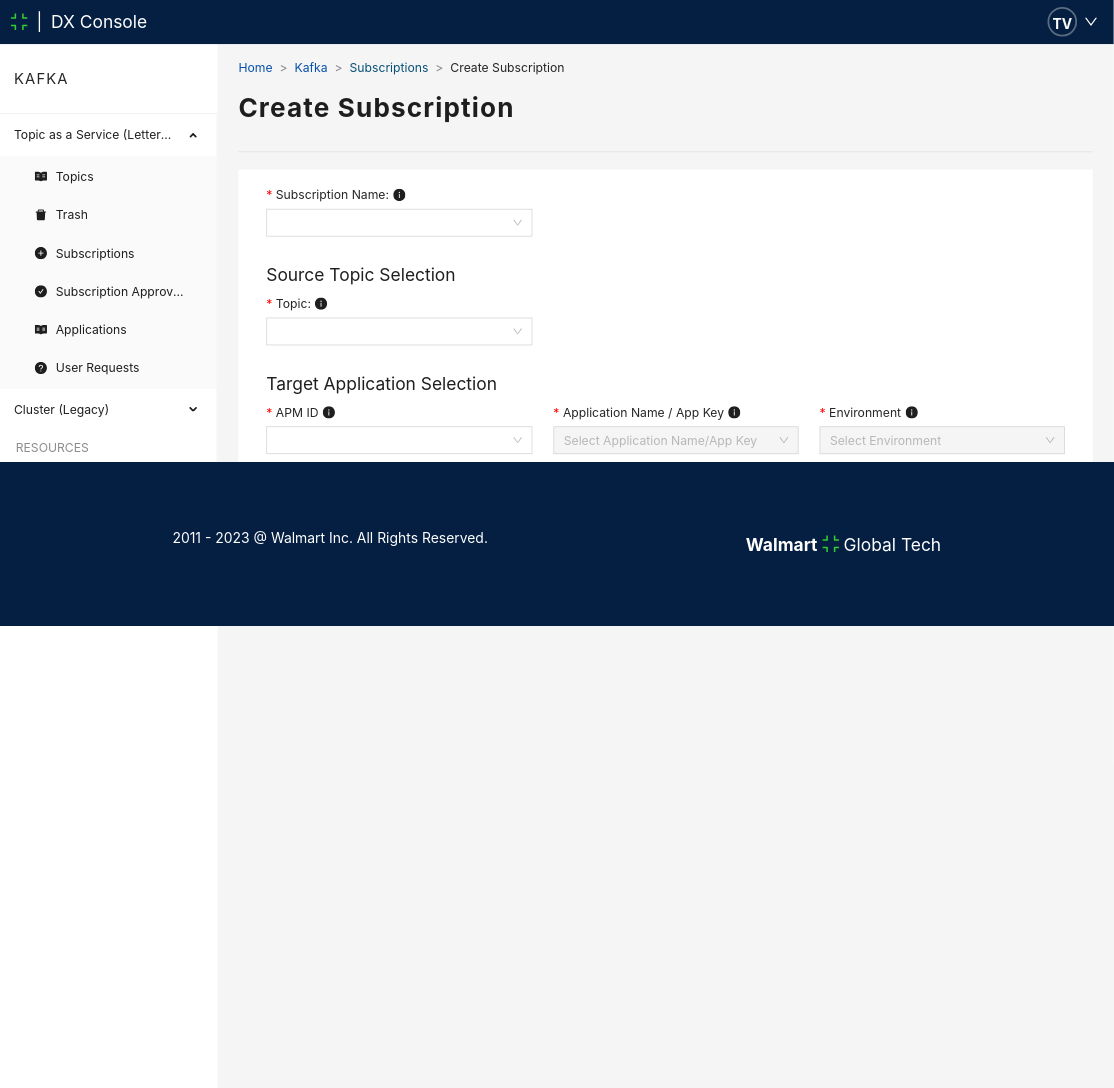
Repository: Qianying-Chai/kafka
Page: /kafka/subscriptions_active_tab=proxy/create
The author's editor kept a copy of each file at every save. The page is drawn from the files as they stood at one save, then again after the next save.
The browser window is 1280 px wide. The pictures show the whole page, at 87% of full size.
The project was rebuilt for these pictures with package versions that can differ from the ones it lists, and the page was loaded fresh each time. Also part of the build but not shown: src/pages/Components/ComponentsTable.jsx, src/pages/Components/ComponentsInput.jsx, src/pages/Components/ComponentsPagination.jsx, src/pages/Taas/Topics/Topics.jsx, src/pages/Taas/Topics/CreateTopics/Form/DetailsForm.jsx, src/pages/Taas/Topics/CreateTopics/CreateTopic.jsx, src/pages/Taas/Trash/Style/Trash.css, src/pages/Taas/Trash/Trash.jsx and 15 more.

Above is the page before, as saved 2024-01-15 21:50:30.

### src/redux/store.jsx
import { configureStore } from "@reduxjs/toolkit";
import reducer from "./reducer";
const store = configureStore({ reducer: reducer });
export default store;

### src/pages/common/Header.jsx
import React from "react";
import "./Style/Header.css";
import { CompressOutlined, UpOutlined, DownOutlined } from "@ant-design/icons";
import { Layout } from "antd";
import { useState } from "react";
const Header = () => {
  const [login, setLogin] = useState(true);

  return (
    <Layout>
      <Layout.Header className="header">
        <div className="header-content-left">
          <CompressOutlined className="header-left-icon" />
          <span className="header-left-divider">|</span>
          <span className="header-left-dx-console">DX Console </span>
        </div>
        <div className="header-content-right">
          <div className="user">
            <div className="user-icon">TV</div>
            {login ? (
              <DownOutlined
                className="login-button"
                onClick={() => {
                  setLogin((state) => !state);
                }}
              />
            ) : (
              <UpOutlined
                className="logout-button"
                onClick={() => {
                  setLogin((state) => !state);
                }}
              />
            )}
          </div>
          <div
            className="logout-pop-up"
            style={{
              display: login ? "none" : "block",
            }}
          >
            LOGOUT
          </div>
        </div>
      </Layout.Header>
    </Layout>
  );
};
export default Header;

### src/pages/common/categoryConstants.jsx
const categoryConstants = {
  TOPICS: "Topics",
  TRASH: "Trash",
  SUBSCRIPTIONS: "Subscriptions",
  SUBSCRIPTIONS_APPROVALS: "Subscription Approvals",
  APPLICATIONS: "Applications",
  USER_REQUESTS: "User Requests",
  CLUSTERS: "Clusters",
  MIGRATED_CLUSTERS: "Migrated Clusters",
  SUBSCRIPTION: "Subscription",
  USERE_REQUESTS_LEGACY: "User Requests (Legacy)",
  SUPPORT: "Support",
  CREATE_TOPIC: "Create Topic",
  CREATE_SUBSCRIPTION: "Create Subscription",
};

export default categoryConstants;

### src/pages/Taas/Subscriptions/SubscriptionsProxy/CreateSubscriptions/CreateSubscriptionsProxy.jsx
import React from "react";
import ComponentsContent from "../../../../Components/ComponentsContent";
import categoryConstants from "../../../../common/categoryConstants";
import ComponentsBreadcrumb from "../../../../Components/ComponentsBreadcrumb";
import ComponentsDivider from "../../../../Components/ComponentsDivider";
import ComponentsTitle from "../../../../Components/ComponentsTitle";
import SubscriptionName from "./Form/SubscriptionName";
import SourceTopicSelection from "./Form/SourceTopicSelection";
import TargetApplicationSelection from "./Form/TargetApplicationSelection";
import { Typography, Button, ConfigProvider, Divider } from "antd";
const { Title } = Typography;
const CreateSubscriptionsProxy = () => {
  return (
    <ConfigProvider
      theme={{
        token: {
          borderRadius: 0,
        },
      }}
    >
      <div>
        <ComponentsBreadcrumb
          items={[
            {
              title: "Home",
            },
            {
              title: "Kafka",
            },
            {
              title: categoryConstants.SUBSCRIPTIONS,
              href: `/kafka/${categoryConstants.SUBSCRIPTIONS.toLowerCase()}_active_tab=nonProxy`,
            },
            {
              title: categoryConstants.CREATE_SUBSCRIPTION,
            },
          ]}
        />
        <div className="content-banner">
          <ComponentsTitle title={categoryConstants.CREATE_SUBSCRIPTION} />
        </div>
      </div>
      <ComponentsContent>
        <SubscriptionName />
        <Title level={4} style={{ fontWeight: "normal", paddingTop: "20px" }}>
          Source Topic Selection
        </Title>
        <SourceTopicSelection />
        <Title level={4} style={{ fontWeight: "normal", paddingTop: "20px" }}>
          Target Application Selection
        </Title>
        <TargetApplicationSelection />
        <Divider />
        <ComponentsDivider />
        <div className="buttons-wrapper">
          <Button shape="round" size={"medium"} className="cancel-button">
            CANCEL
          </Button>
          <Button
            shape="round"
            size={"medium"}
            disabled
            className="submit-button"
          >
            SUBMIT
          </Button>
        </div>
      </ComponentsContent>
    </ConfigProvider>
  );
};
export default CreateSubscriptionsProxy;

### src/pages/common/Footer.jsx
import React from "react";
import { Layout } from "antd";
import { CompressOutlined } from "@ant-design/icons";
import "./Style/Footer.css";

const Footer = () => {
  return (
    <Layout.Footer className="footer">
      <div className="footer-text-left">
        2011 - 2023 @ Walmart Inc. All Rights Reserved.
      </div>
      <div className="footer-text-right">
        <span className="footer-text-right-walmart">Walmart</span>
        <CompressOutlined className="footer-icon" />
        <span className="footer-text-right-global-tech">Global Tech</span>
      </div>
    </Layout.Footer>
  );
};

export default Footer;

### src/redux/reducer.jsx
import { SET_PATH_NAME, SET_SELECTED_TAAS_SUBSCRIPTIONS } from "./constants";
const initialState = {
  pathName: "",
  selectedTaasSubscriptions: "nonProxy",
};
const reducer = (state = initialState, action) => {
  const { type, payload } = action;
  switch (type) {
    case SET_PATH_NAME:
      return { ...state, pathName: payload };
    case SET_SELECTED_TAAS_SUBSCRIPTIONS:
      return { ...state, selectedTaasSubscriptions: payload };
    default:
      return state;
  }
};

export default reducer;

### src/pages/common/Style/Header.css
.header {
  justify-content: space-between;
  padding: 0 12px;
  background-color: rgb(4, 31, 65);
  height: 51px;
  line-height: 51px;
  color: #ffffff;
}

.header,
.user {
  display: flex;
}

.header-content-left {
  font-size: 20px;
}

.header-left-icon {
  color: #32cd32;
}

.header-left-divider {
  margin: 0 10px;
}

.header-content-right {
  font-weight: bolder;
  flex-direction: column;
  font-size: 1rem;
  width: 76px;
  padding-left: 12px;
}

.user {
  margin: 8px 0px;
}
.user-icon {
  height: 34px;
  line-height: 34px;
  width: 34px;
  border-radius: 50%;
  text-align: center;
}
.user-icon,
.logout-pop-up {
  border: 2px solid rgba(225, 225, 225, 0.4);
}

.login-button,
.logout-button {
  padding-left: 8px;
}

.logout-pop-up {
  transition: all 10s ease-out;
  width: 100px;
  height: 60px;
  line-height: 60px;
  position: absolute;
  right: 0px;
  z-index: 999;
  font-size: 15px;
  letter-spacing: 1pt;
  text-align: center;
  justify-content: center;
  color: rgb(94, 91, 91);
  box-shadow: 0px 0px 4px 4px rgba(176, 174, 174, 0.4);
}

### src/pages/common/Style/Sider.css
.sider {
  min-height: 1200px;
}

.slider-top {
  height: 80px;
  border-bottom: 1px solid rgb(239, 239, 239);
}
.slider-top-content {
  height: 100%;
  display: flex;
  align-items: center;
  margin-left: 16px;
  letter-spacing: 1pt;
  font-size: 17px;
  color: #000000d9;
}

### src/pages/Components/ComponentsContent.jsx
import React from "react";
import "../common/Style/Content.css";
import { Layout, theme } from "antd";

const ComponentsContent = (props) => {
  const {
    token: { colorBgContainer },
  } = theme.useToken();

  return (
    <div>
      <Layout.Content
        style={{
          padding: "20px 32px 32px",
          minHeight: 280,
          background: colorBgContainer,
        }}
        {...props}
      ></Layout.Content>
    </div>
  );
};
export default ComponentsContent;

### src/pages/Components/ComponentsBreadcrumb.jsx
import React from "react";
import { Breadcrumb, ConfigProvider } from "antd";

const ComponentsBreadcrumb = (props) => {
  return (
    <ConfigProvider
      theme={{
        components: {
          Breadcrumb: {
            lastItemColor: "#000000D9",
            linkColor: "#075179",
            itemColor: "#0751A9",
            linkHoverColor: "#F5F5F5",
          },
          token: {
            colorBgTextHover: "#F5F5F5",
          },
        },
      }}
    >
      <div>
        <Breadcrumb
          style={{
            margin: "16px 0",
          }}
          separator=">"
          items={props.items}
        ></Breadcrumb>
      </div>
    </ConfigProvider>
  );
};
export default ComponentsBreadcrumb;

### src/pages/Components/ComponentsTitle.jsx
import React from "react";
import { Typography, ConfigProvider } from "antd";
const { Title } = Typography;

const ComponentsTitle = (props) => {
  return (
    <>
      <ConfigProvider
        theme={{
          components: {
            token: {
              colorText: "#041E42",
            },
          },
        }}
      >
        <Title level={2} style={{ fontWeight: "bold" }}>
          {props.title}
        </Title>
      </ConfigProvider>
    </>
  );
};

export default ComponentsTitle;

### src/pages/Components/ComponentsDivider.jsx
import React from "react";
import { Divider, ConfigProvider } from "antd";
const ComponentsDivider = () => (
  <ConfigProvider
    theme={{
      token: {
        colorSplit: "rgba(0, 0, 0, 0.85)",
        marginLG: 16,
      },
    }}
  >
    {" "}
    <Divider />
  </ConfigProvider>
);
export default ComponentsDivider;

### src/pages/Taas/Topics/Style/CreateTopic.css
.buttons-wrapper {
  display: flex;
  justify-content: flex-end;
}

.cancel-button,
.submit-button {
  letter-spacing: 1pt;
  padding: 4px 15px;
  width: 135px;
}
.cancel-button {
  margin-right: 10px;
}

### src/pages/Taas/Subscriptions/SubscriptionsProxy/CreateSubscriptions/Form/SubscriptionName.jsx
import React, { useMemo, useRef, useState } from "react";
import SelectTitle from "../../../../../Components/SelectTitle";
import { Col, Row, Select, Spin } from "antd";
import debounce from "lodash/debounce";

const SubscriptionName = () => {
  function DebounceSelect({ fetchOptions, debounceTimeout = 800, ...props }) {
    const [fetching, setFetching] = useState(false);
    const [options, setOptions] = useState([]);
    const fetchRef = useRef(0);
    const debounceFetcher = useMemo(() => {
      const loadOptions = (value) => {
        fetchRef.current += 1;
        const fetchId = fetchRef.current;
        setOptions([]);
        setFetching(true);
        fetchOptions(value).then((newOptions) => {
          if (fetchId !== fetchRef.current) {
            // for fetch callback order
            return;
          }
          setOptions(newOptions);
          setFetching(false);
        });
      };
      return debounce(loadOptions, debounceTimeout);
    }, [fetchOptions, debounceTimeout]);
    return (
      <Select
        labelInValue
        filterOption={false}
        onSearch={debounceFetcher}
        notFoundContent={fetching ? <Spin size="small" /> : null}
        {...props}
        options={options}
      />
    );
  }
  async function fetchUserList(username) {
    console.log("fetching user", username);
    return fetch("https://randomuser.me/api/?results=5")
      .then((response) => response.json())
      .then((body) =>
        body.results.map((user) => ({
          label: `${user.name.first} ${user.name.last}`,
          value: user.login.username,
        }))
      );
  }
  const [value, setValue] = useState([]);

  return (
    <>
      <Row style={{ display: "flex", flexFlow: "nowrap" }}>
        <Col
          span={8}
          className="col"
          style={{
            marginRight: "12px",
          }}
        >
          <SelectTitle title={"Subscription Name:"} />
          <DebounceSelect
            mode="multiple"
            value={value}
            fetchOptions={fetchUserList}
            onChange={(newValue) => {
              setValue(newValue);
            }}
            className="select"
          />
        </Col>
      </Row>
    </>
  );
};
export default SubscriptionName;

### src/pages/Taas/Subscriptions/SubscriptionsProxy/CreateSubscriptions/Form/SourceTopicSelection.jsx
import React, { useMemo, useState, useRef } from "react";
import debounce from "lodash/debounce";
import { Col, Row, Select, Spin } from "antd";
import SelectTitle from "../../../../../Components/SelectTitle";
const SourceTopicSelection = () => {
  function DebounceSelect({ fetchOptions, debounceTimeout = 800, ...props }) {
    const [fetching, setFetching] = useState(false);
    const [options, setOptions] = useState([]);
    const fetchRef = useRef(0);
    const debounceFetcher = useMemo(() => {
      const loadOptions = (value) => {
        fetchRef.current += 1;
        const fetchId = fetchRef.current;
        setOptions([]);
        setFetching(true);
        fetchOptions(value).then((newOptions) => {
          if (fetchId !== fetchRef.current) {
            // for fetch callback order
            return;
          }
          setOptions(newOptions);
          setFetching(false);
        });
      };
      return debounce(loadOptions, debounceTimeout);
    }, [fetchOptions, debounceTimeout]);
    return (
      <Select
        labelInValue
        filterOption={false}
        onSearch={debounceFetcher}
        notFoundContent={fetching ? <Spin size="small" /> : null}
        {...props}
        options={options}
      />
    );
  }

  const [value, setValue] = useState([]);

  async function fetchUserList(username) {
    console.log("fetching user", username);
    return fetch("https://randomuser.me/api/?results=5")
      .then((response) => response.json())
      .then((body) =>
        body.results.map((user) => ({
          label: `${user.name.first} ${user.name.last}`,
          value: user.login.username,
        }))
      );
  }
  // const handleChange = (value) => {
  //   console.log(`selected ${value}`);
  // };

  return (
    <>
      <Row style={{ display: "flex", flexFlow: "nowrap" }}>
        <Col
          span={8}
          style={{
            marginRight: "12px",
          }}
        >
          <SelectTitle title={"Topic:"} />
          <DebounceSelect
            className="select"
            mode="multiple"
            value={value}
            fetchOptions={fetchUserList}
            onChange={(newValue) => {
              setValue(newValue);
            }}
            style={{
              width: "100%",
              margin: "0 0 10px",
            }}
          />
        </Col>
      </Row>
    </>
  );
};

export default SourceTopicSelection;

### src/pages/common/Style/Footer.css
.footer {
  text-emphasis-style: center;
  background-color: #041f41;
  color: white;
  display: flex;
  justify-content: space-around;
  height: 189px;
  align-items: center;
  width: 100%;
  position: fixed;
  bottom: 0;
}

.footer-icon {
  font-size: 20px;
  color: #32cd32;
}

.footer-text-left {
  font-size: 16px;
  margin-bottom: 16px;
}

.footer-text-right {
  font-size: 20px;
}

.footer-text-right-walmart {
  font-weight: bold;
  padding-right: 5px;
}

.footer-text-right-global-tech {
  padding-left: 5px;
}

### src/redux/constants.jsx
const SET_PATH_NAME = "SET_PATH_NAME";
const SET_SELECTED_TAAS_SUBSCRIPTIONS = "SET_SELECTED_TAAS_SUBSCRIPTIONS";
export { SET_PATH_NAME };
export { SET_SELECTED_TAAS_SUBSCRIPTIONS };

### src/pages/common/Style/Content.css
.content-banner {
  height: 70px;
  display: flex;
  justify-content: space-between;
  background-color: #f5f5f5;
  color: #041e42;
  letter-spacing: 1pt;
  border-bottom: 1px solid rgba(167, 164, 164, 0.3);
  margin-bottom: 20px;
  padding-bottom: 15px;
}

.content-banner-button {
  background-color: #041f41;
  color: #ffffff;
  letter-spacing: 1pt;
}

.content-text {
  margin: 24px 0 20px;
}

### src/pages/Components/SelectTitle.jsx
import React from "react";
import "./Style/SelectTitle.css";
import { InfoCircleFilled } from "@ant-design/icons";
const SelectTitle = (props) => {
  return (
    <div className="Select-title-wrapper">
      <span className="prefix">*</span>
      <span className="Select-title">{props.title}</span>
      <InfoCircleFilled />
    </div>
  );
};

export default SelectTitle;

### src/pages/Taas/Topics/Style/DetailsForm.css
.select {
  margin: 0 0 10px;
  width: 100%;
}

### src/pages/Components/Style/SelectTitle.css
.prefix {
  color: red;
  margin-right: 4px;
}

.Select-title-wrapper {
  padding-bottom: 8px;
}

.Select-title {
  margin-right: 5px;
  color: rgba(0, 0, 0, 0.85);
}

Loaded but not shown: public/index.html (common file); src/style/index.css (common file); src/App.js (104 lines, source omitted); src/index.js (16 lines, source omitted); src/pages/common/Sider.jsx (186 lines, source omitted); src/pages/Taas/Subscriptions/SubscriptionsProxy/CreateSubscriptions/Form/TargetApplicationSelection.jsx (120 lines, source omitted)

After the next save:
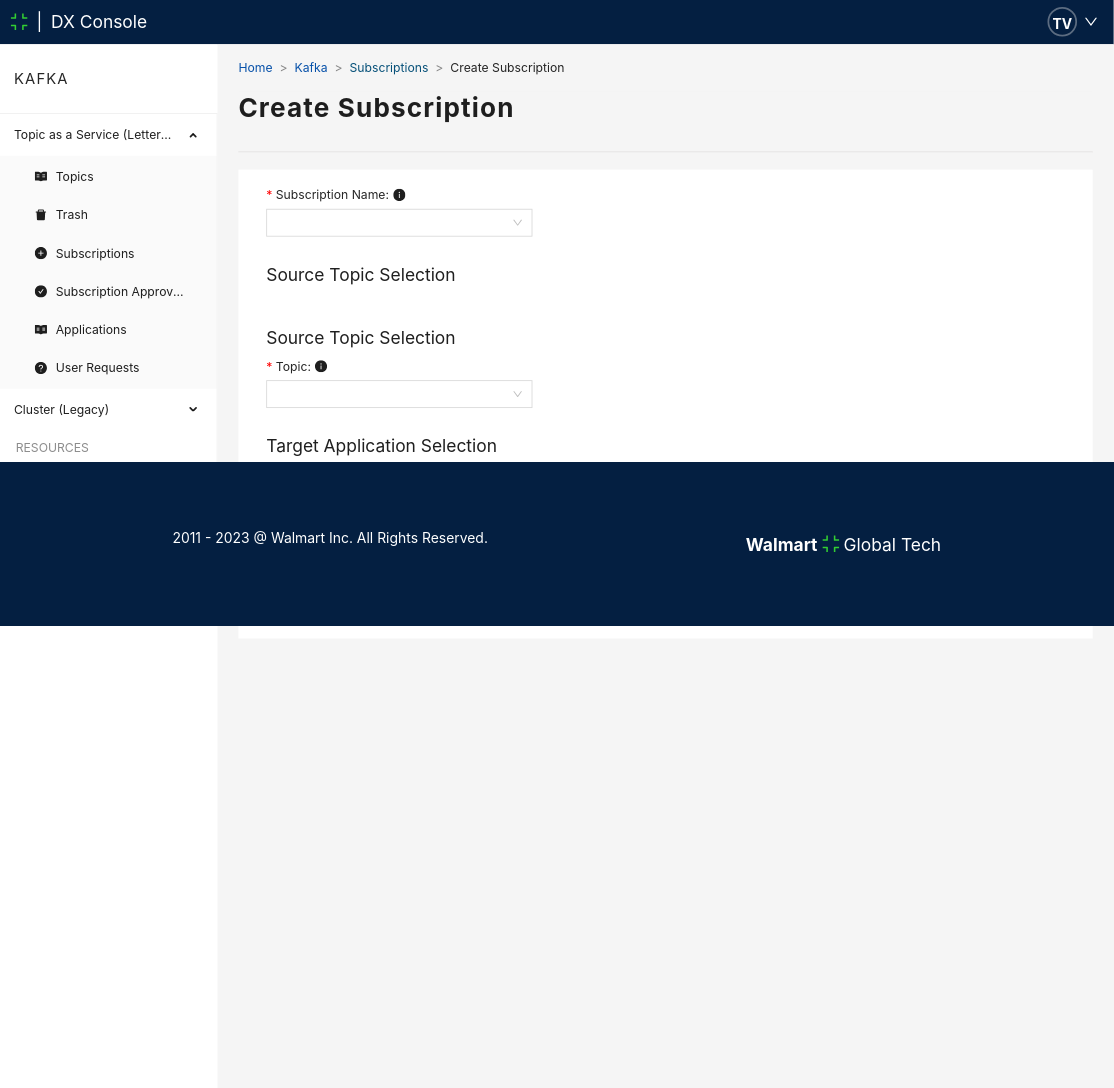
Saved 90 s later.
--- a/src/pages/Taas/Subscriptions/SubscriptionsProxy/CreateSubscriptions/Form/SourceTopicSelection.jsx
+++ b/src/pages/Taas/Subscriptions/SubscriptionsProxy/CreateSubscriptions/Form/SourceTopicSelection.jsx
@@ -1,7 +1,9 @@
 import React, { useMemo, useState, useRef } from "react";
+import SelectTitle from "../../../../../Components/SelectTitle";
 import debounce from "lodash/debounce";
-import { Col, Row, Select, Spin } from "antd";
-import SelectTitle from "../../../../../Components/SelectTitle";
+import { Col, Row, Select, Spin, Typography } from "antd";
+const { Title } = Typography;
+
 const SourceTopicSelection = () => {
   function DebounceSelect({ fetchOptions, debounceTimeout = 800, ...props }) {
     const [fetching, setFetching] = useState(false);
@@ -55,6 +57,9 @@
 
   return (
     <>
+      <Title level={4} style={{ fontWeight: "normal", paddingTop: "20px" }}>
+        Source Topic Selection
+      </Title>
       <Row style={{ display: "flex", flexFlow: "nowrap" }}>
         <Col
           span={8}

After the save that followed:
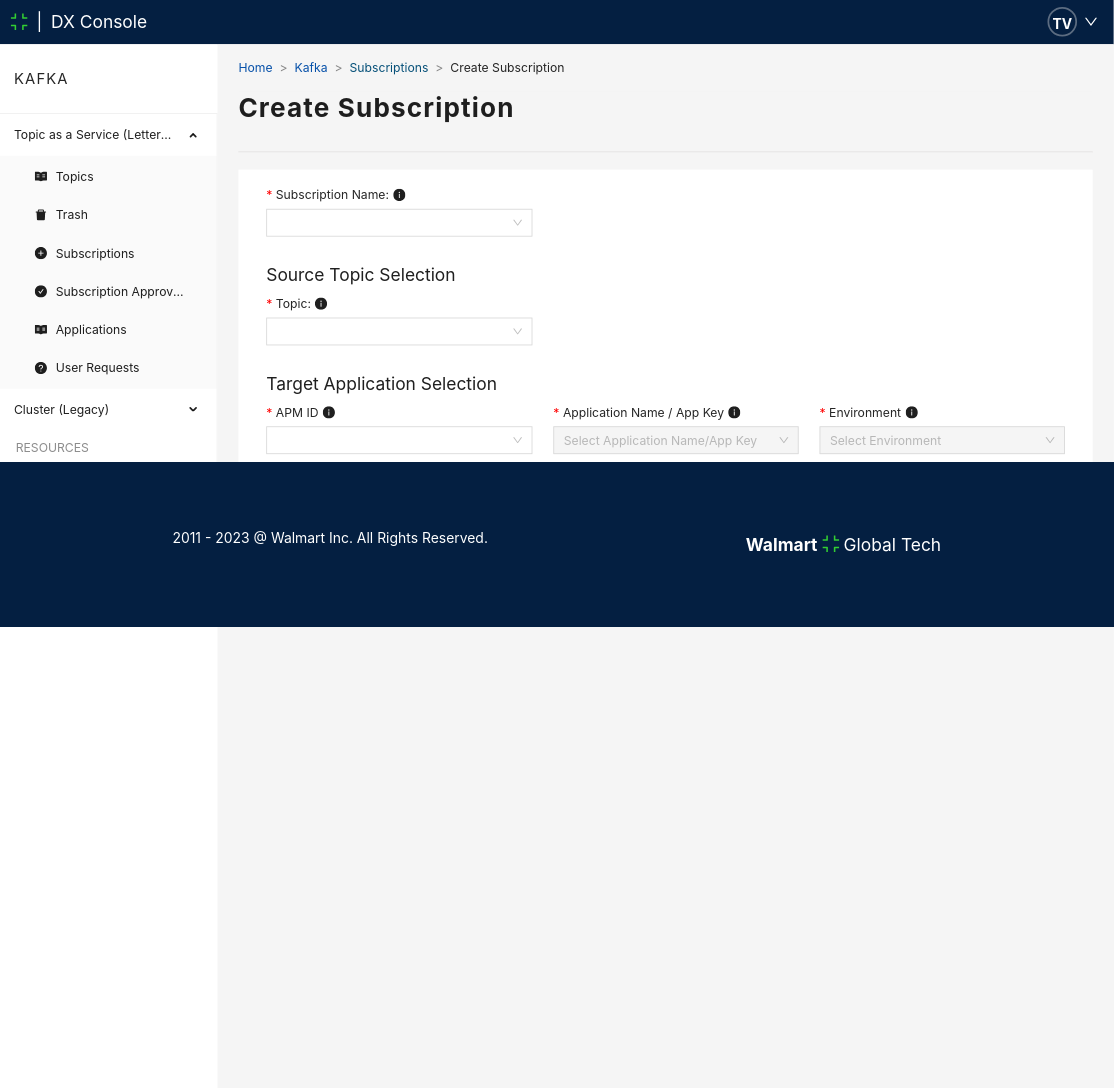
Saved 7 s later.
--- a/src/pages/Taas/Subscriptions/SubscriptionsProxy/CreateSubscriptions/CreateSubscriptionsProxy.jsx
+++ b/src/pages/Taas/Subscriptions/SubscriptionsProxy/CreateSubscriptions/CreateSubscriptionsProxy.jsx
@@ -42,9 +42,7 @@
       </div>
       <ComponentsContent>
         <SubscriptionName />
-        <Title level={4} style={{ fontWeight: "normal", paddingTop: "20px" }}>
-          Source Topic Selection
-        </Title>
+
         <SourceTopicSelection />
         <Title level={4} style={{ fontWeight: "normal", paddingTop: "20px" }}>
           Target Application Selection
